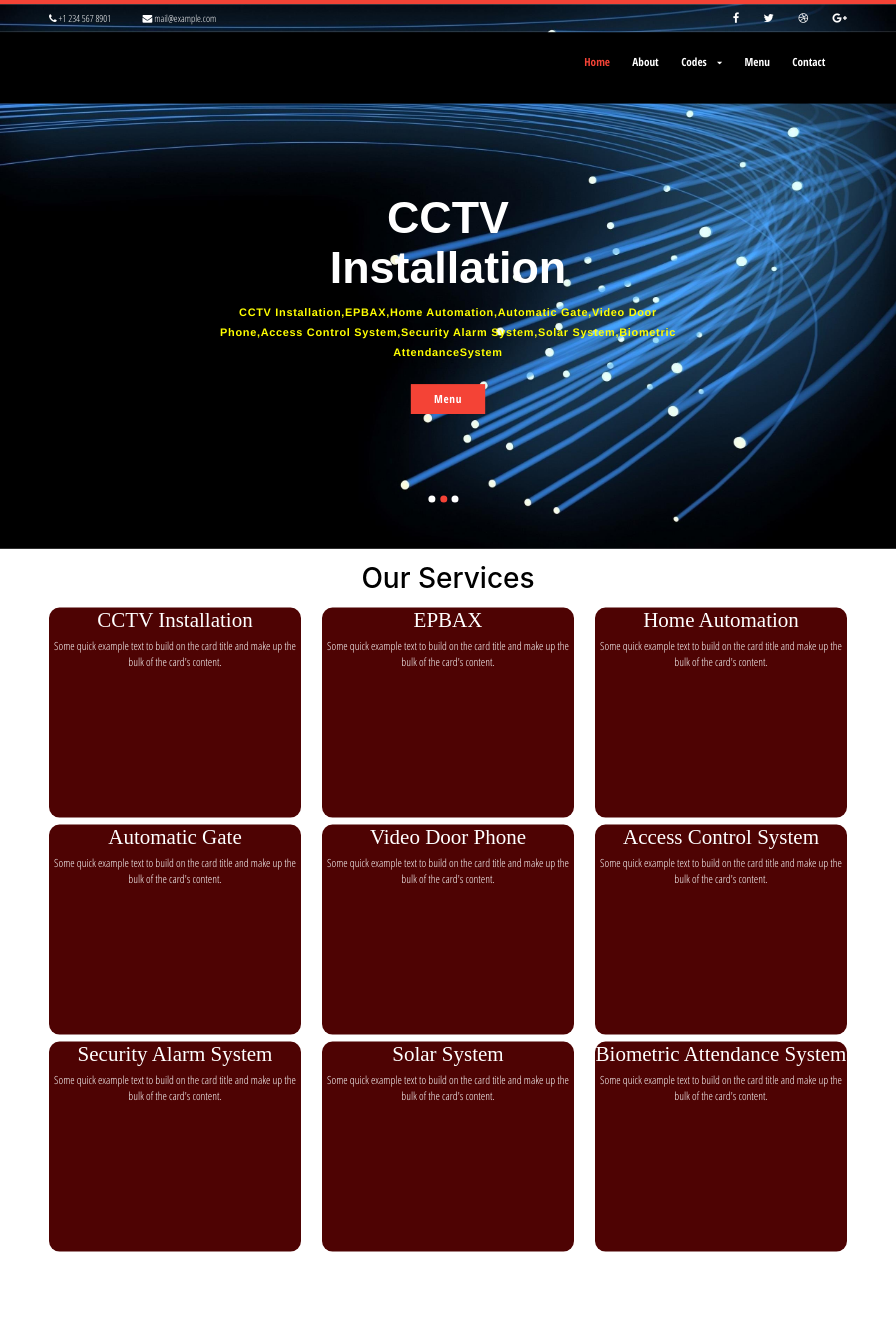
Repository: Nuhman123/Cisco
Page: index.html
An editor plug-in stored every save of this project. The page is shown before and after a run of saves, followed by the edit.
The browser window is 1280 px wide. The pictures show the part of the page from y = 0 to 1920 px (the page is 3225 px tall), at 70% of full size.

Above is the page before, as saved 2021-04-08 19:27:32.

After the next 4 saves:
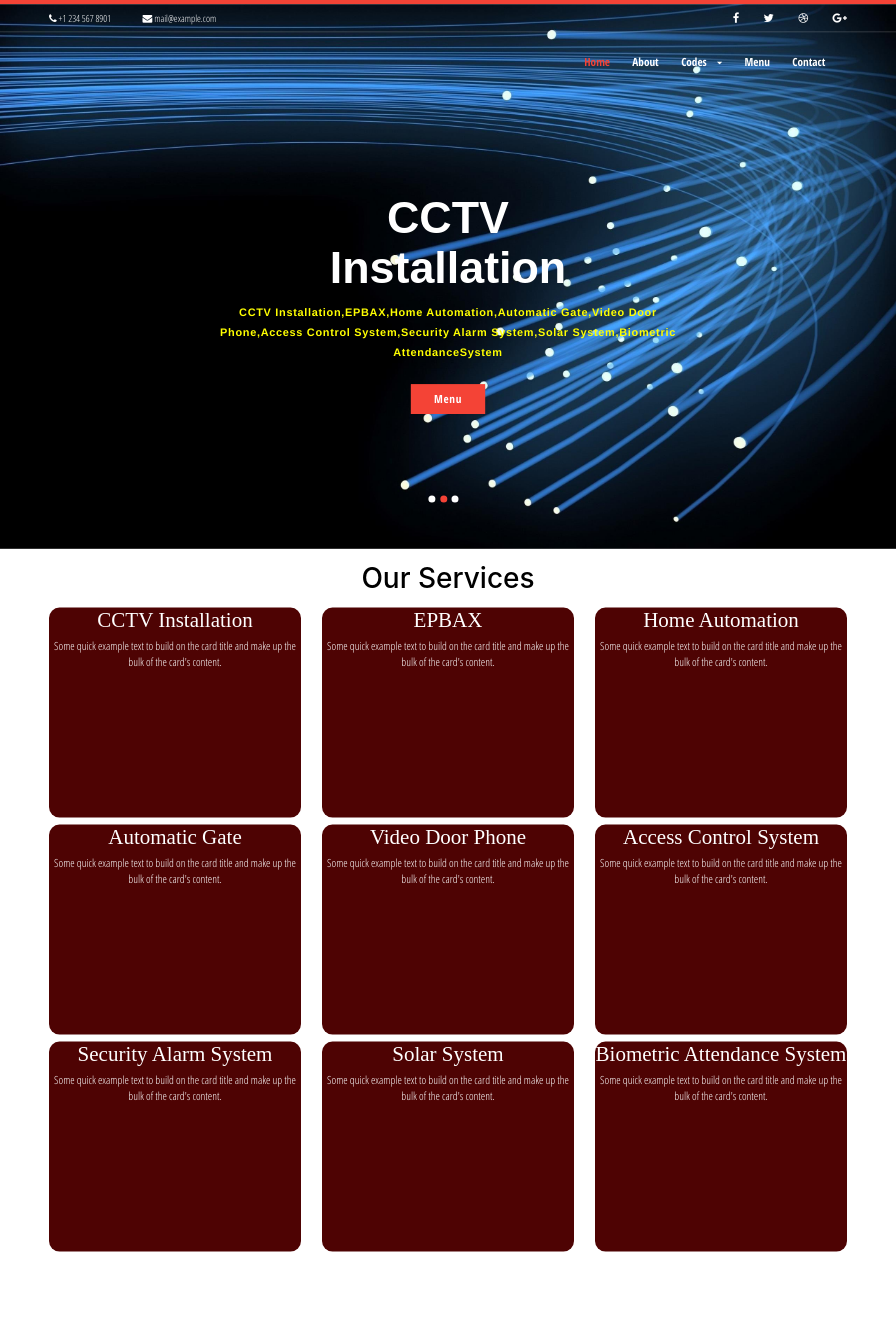
The 4 saves are shown as one change because they came seconds apart.
The last was saved 37 s later.
--- a/index.html
+++ b/index.html
@@ -86,7 +86,7 @@
 				<div class="clearfix"> </div>
 			</div>
 		</div>
-		<div class="header" style="background: black;">
+		<div class="header">
 			<div class="container">
 				<div class="logo">
 				</div>
